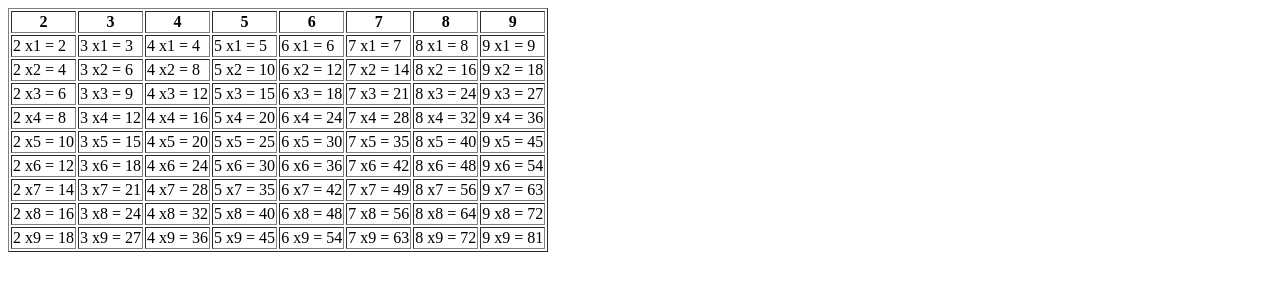
Repository: gom0109/JSP_DK
Page: http://localhost/01_Basic/01_basic/Ex12_김동욱.jsp
These files come from the project's save history. The page is drawn as it stood at one moment and after a run of saves; the edit follows.
The browser window is 1280 px wide. The pictures show the whole page.
The page is served by Tomcat 9.

Above is the page before, as saved 2021-01-19 04:53:26.

After the next 2 saves:
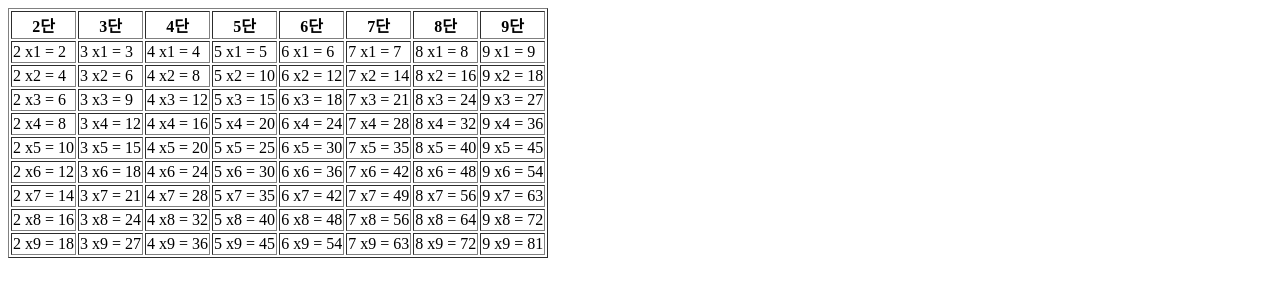
The 2 saves are shown as one change because they came seconds apart.
The last was saved 8 s later.
--- a/01_Basic/WebContent/01_basic/Ex12_김동욱.jsp
+++ b/01_Basic/WebContent/01_basic/Ex12_김동욱.jsp
@@ -5,7 +5,7 @@
 <table border="1">
 <tr>
 <%for(int z=2;z<=9;z++){%>
-	<th><%=z %></th>
+	<th><%=z %>단</th>
 <%} %>
 </tr>
 
